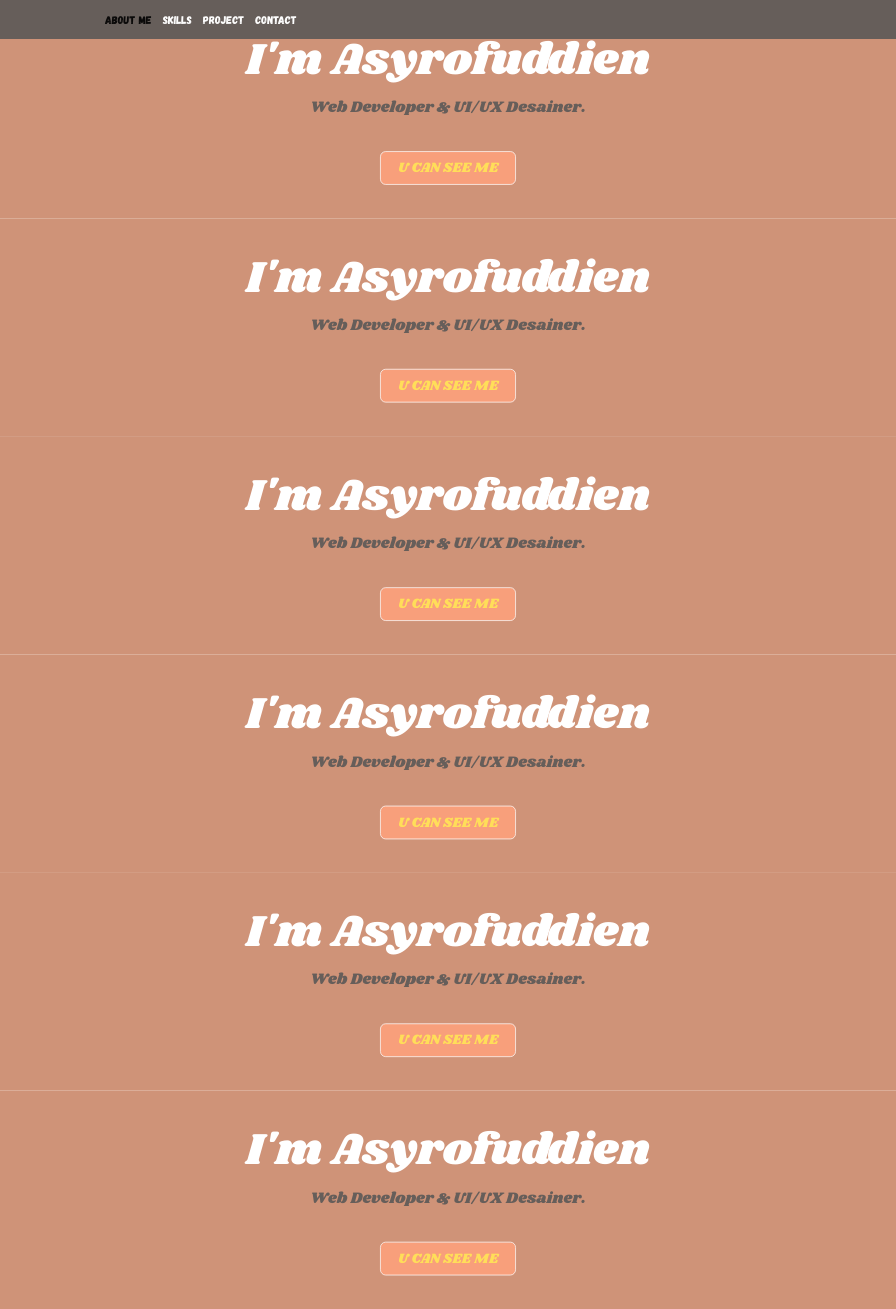
Repository: zetta-muhammad-asyrofuddien/Html-Css-ZettaCAmp
Page: Day1/Portofolio/index.html
An editor plug-in stored every save of this project. The page is shown before and after the next save, followed by the edit.
The browser window is 1280 px wide. The pictures show the whole page, at 70% of full size.

Above is the page before, as saved 2023-07-05 03:33:59.

### Day1/Portofolio/index.html
<!DOCTYPE html>
<html lang="en">
  <head>
    <meta charset="utf-8" />
    <meta name="viewport" content="width=device-width, initial-scale=1" />
    <title>Bootstrap demo</title>
    <link href="https://cdn.jsdelivr.net/npm/bootstrap@5.2.3/dist/css/bootstrap.min.css" rel="stylesheet" integrity="sha384-rbsA2VBKQhggwzxH7pPCaAqO46MgnOM80zW1RWuH61DGLwZJEdK2Kadq2F9CUG65" crossorigin="anonymous" />
    <link rel="stylesheet" type="text/css" href="./syle.css" />
  </head>
  <body>
    <section class="Navbar">
      <div class="container">
        <nav class="navbar navbar-expand-lg px-5 px-5">
          <div class="container-fluid">
            <div class="collapse navbar-collapse" id="navbarNav">
              <ul class="navbar-nav">
                <li class="nav-item">
                  <a class="nav-link active" aria-current="page" href="#">About Me</a>
                </li>
                <li class="nav-item">
                  <a class="nav-link" href="#">Skills</a>
                </li>
                <li class="nav-item">
                  <a class="nav-link" href="#">Project</a>
                </li>
                <li class="nav-item">
                  <a class="nav-link" href="#">Contact</a>
                </li>
              </ul>
            </div>
          </div>
        </nav>
      </div>
    </section>
    <section class="perkenalan mt-0">
      <div class="px-4 py-5 my-0 text-center">
        <h1 class="nama mb-3">I'm Asyrofuddien</h1>
        <div class="col-lg-6 mx-auto">
          <h4 class="job mb-5">Web Developer & UI/UX Desainer.</h4>
          <div class="d-grid gap-2 d-sm-flex justify-content-sm-center">
            <button type="button" class="btn btn-primary btn-lg px-4 gap-3">U CAN SEE ME</button>
          </div>
        </div>
      </div>
    </section>
    <section class="perkenalan mt-0">
      <div class="px-4 py-5 my-0 text-center">
        <h1 class="nama mb-3">I'm Asyrofuddien</h1>
        <div class="col-lg-6 mx-auto">
          <h4 class="job mb-5">Web Developer & UI/UX Desainer.</h4>
          <div class="d-grid gap-2 d-sm-flex justify-content-sm-center">
            <button type="button" class="btn btn-primary btn-lg px-4 gap-3">U CAN SEE ME</button>
          </div>
        </div>
      </div>
    </section>
    <section class="perkenalan mt-0">
      <div class="px-4 py-5 my-0 text-center">
        <h1 class="nama mb-3">I'm Asyrofuddien</h1>
        <div class="col-lg-6 mx-auto">
          <h4 class="job mb-5">Web Developer & UI/UX Desainer.</h4>
          <div class="d-grid gap-2 d-sm-flex justify-content-sm-center">
            <button type="button" class="btn btn-primary btn-lg px-4 gap-3">U CAN SEE ME</button>
          </div>
        </div>
      </div>
    </section>
    <section class="perkenalan mt-0">
      <div class="px-4 py-5 my-0 text-center">
        <h1 class="nama mb-3">I'm Asyrofuddien</h1>
        <div class="col-lg-6 mx-auto">
          <h4 class="job mb-5">Web Developer & UI/UX Desainer.</h4>
          <div class="d-grid gap-2 d-sm-flex justify-content-sm-center">
            <button type="button" class="btn btn-primary btn-lg px-4 gap-3">U CAN SEE ME</button>
          </div>
        </div>
      </div>
    </section>
    <section class="perkenalan mt-0">
      <div class="px-4 py-5 my-0 text-center">
        <h1 class="nama mb-3">I'm Asyrofuddien</h1>
        <div class="col-lg-6 mx-auto">
          <h4 class="job mb-5">Web Developer & UI/UX Desainer.</h4>
          <div class="d-grid gap-2 d-sm-flex justify-content-sm-center">
            <button type="button" class="btn btn-primary btn-lg px-4 gap-3">U CAN SEE ME</button>
          </div>
        </div>
      </div>
    </section>
    <section class="perkenalan mt-0">
      <div class="px-4 py-5 my-0 text-center">
        <h1 class="nama mb-3">I'm Asyrofuddien</h1>
        <div class="col-lg-6 mx-auto">
          <h4 class="job mb-5">Web Developer & UI/UX Desainer.</h4>
          <div class="d-grid gap-2 d-sm-flex justify-content-sm-center">
            <button type="button" class="btn btn-primary btn-lg px-4 gap-3">U CAN SEE ME</button>
          </div>
        </div>
      </div>
    </section>
    <script src="https://cdn.jsdelivr.net/npm/@popperjs/core@2.11.6/dist/umd/popper.min.js" integrity="sha384-oBqDVmMz9ATKxIep9tiCxS/Z9fNfEXiDAYTujMAeBAsjFuCZSmKbSSUnQlmh/jp3" crossorigin="anonymous"></script>
    <script src="https://cdn.jsdelivr.net/npm/bootstrap@5.2.3/dist/js/bootstrap.min.js" integrity="sha384-cuYeSxntonz0PPNlHhBs68uyIAVpIIOZZ5JqeqvYYIcEL727kskC66kF92t6Xl2V" crossorigin="anonymous"></script>
  </body>
</html>

### Day1/Portofolio/syle.css
@font-face {
  font-family: Gagalin;
  src: url(./asset/font/Gagalin-Regular.otf);
}
@font-face {
  font-family: Shrikhand;
  src: url(./asset/font/Shrikhand-Regular.ttf);
}
@font-face {
  font-family: dmSans;
  src: url(./asset/font/DMSans-Regular.ttf);
}
.Navbar {
  font-family: Gagalin;
  background-color: #665e5a;
  position: fixed;
  top: 0;
  width: 100%;
}
.perkenalan {
  background-color: #cf9378;
}

.nav-link {
  color: white;
}

.nama {
  font-family: Shrikhand;
  color: white;
  font-size: 4rem;
}
.job {
  color: #665e5a;
  font-family: Shrikhand;
  font-size: 1.4rem;
}

.btn {
  background-color: #f89f7b;
  border-color: white;
  font-family: Shrikhand;
  color: #ffde59;
}

After the next save:
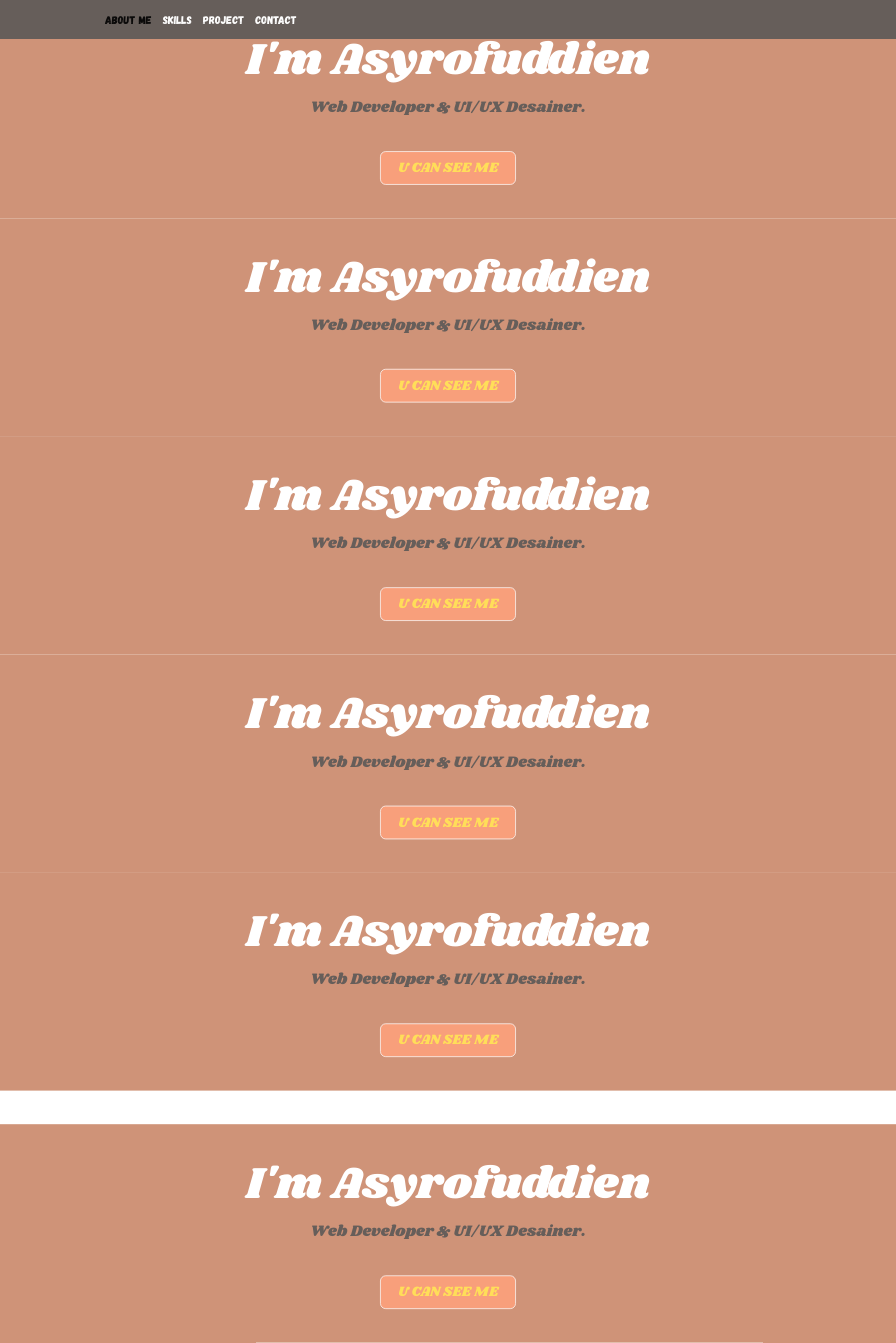
Saved 21 s later.
--- a/Day1/Portofolio/index.html
+++ b/Day1/Portofolio/index.html
@@ -87,7 +87,7 @@
         </div>
       </div>
     </section>
-    <section class="perkenalan mt-0">
+    <section class="perkenalan mt-5">
       <div class="px-4 py-5 my-0 text-center">
         <h1 class="nama mb-3">I'm Asyrofuddien</h1>
         <div class="col-lg-6 mx-auto">

After the save that followed:
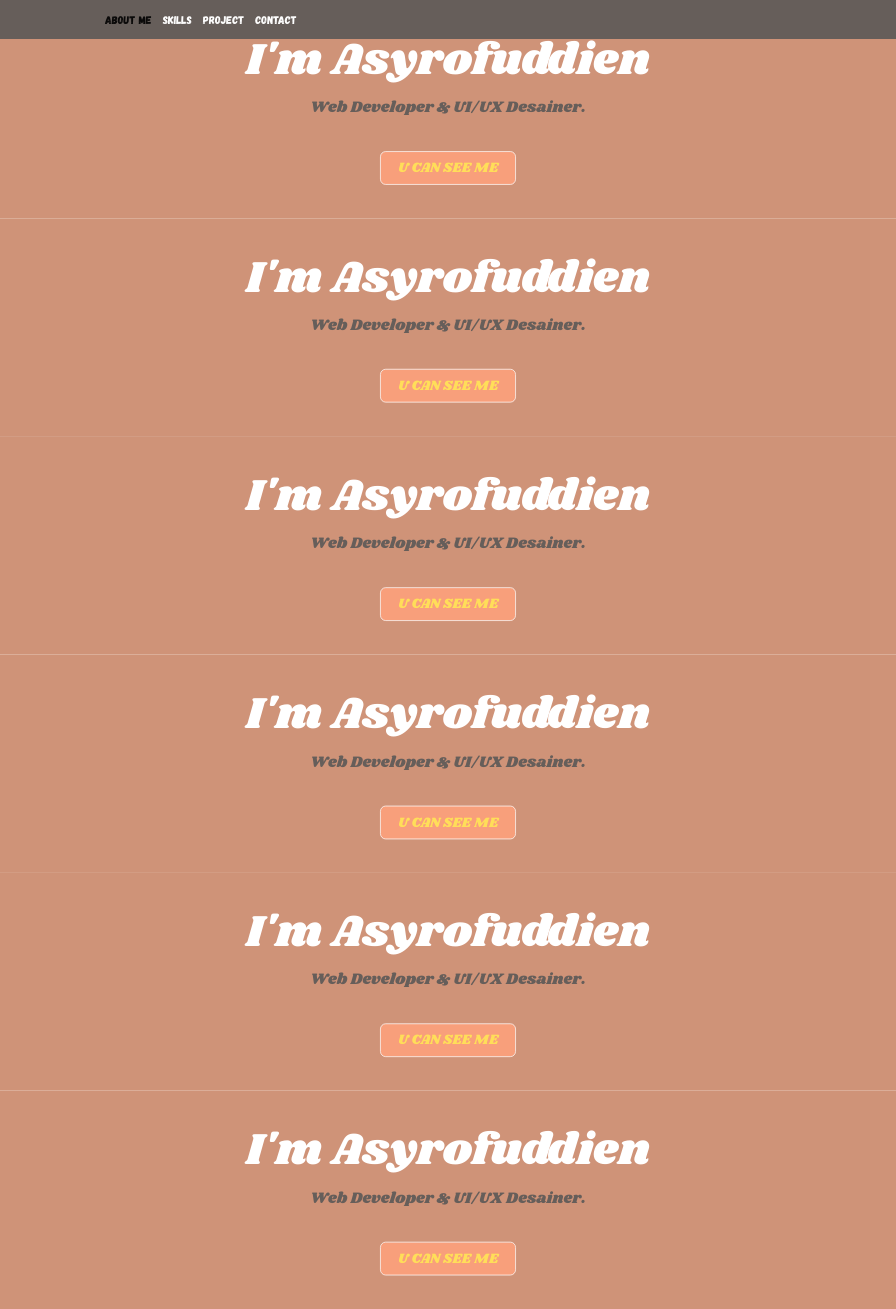
Saved 5 s later.
--- a/Day1/Portofolio/index.html
+++ b/Day1/Portofolio/index.html
@@ -87,7 +87,7 @@
         </div>
       </div>
     </section>
-    <section class="perkenalan mt-5">
+    <section class="perkenalan mt-0">
       <div class="px-4 py-5 my-0 text-center">
         <h1 class="nama mb-3">I'm Asyrofuddien</h1>
         <div class="col-lg-6 mx-auto">
